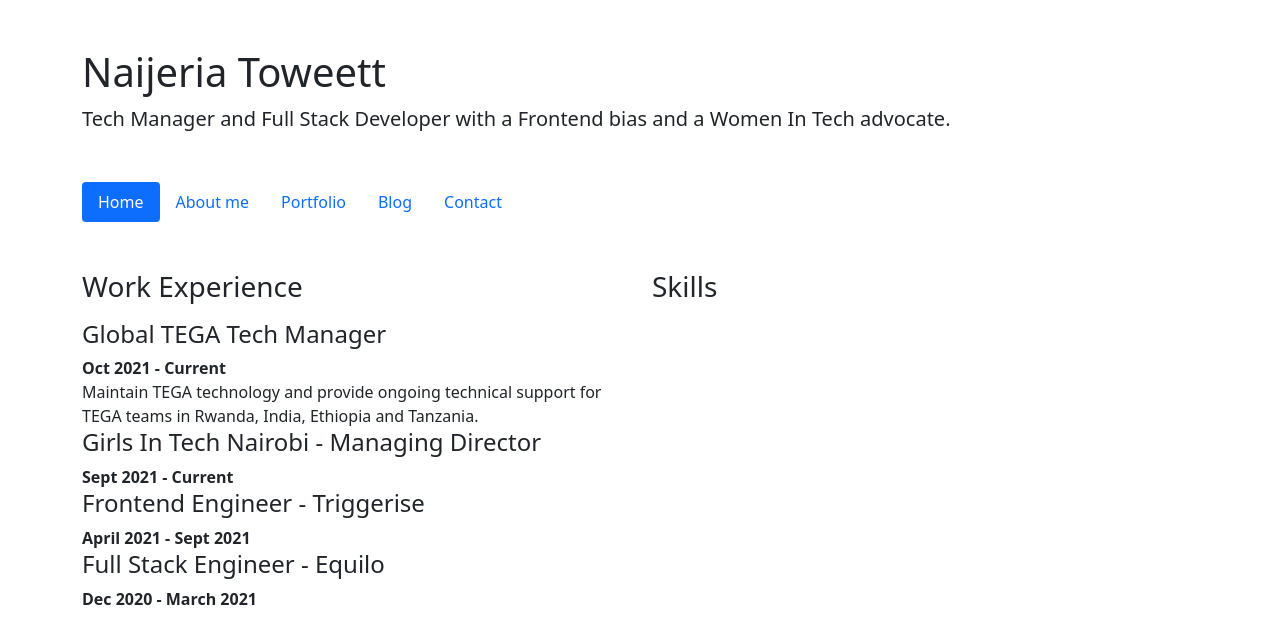
Repository: mamatechafrica/portfolio
Page: index.html
These files come from the project's save history. The page is drawn as it stood at one moment and after a run of saves; the edit follows.
The browser window is 1280 px wide. The pictures show the whole page.

Above is the page before, as saved 2022-01-04 14:09:46.

### index.html
<!doctype html>
<html lang="en">
    <head>
        <!-- Required meta tags -->
        <meta charset="utf-8">
        <meta name="viewport" content="width=device-width, initial-scale=1">

        <!-- Bootstrap CSS -->
        <link href="https://cdn.jsdelivr.net/npm/bootstrap@5.0.2/dist/css/bootstrap.min.css" rel="stylesheet" integrity="sha384-EVSTQN3/azprG1Anm3QDgpJLIm9Nao0Yz1ztcQTwFspd3yD65VohhpuuCOmLASjC" crossorigin="anonymous">

        <title>NashTheCoder portfolio</title>
    </head>
    <body>
        <div class="container my-5">
            <h1>Naijeria Toweett</h1>
            <p class="lead">
                Tech Manager and Full Stack Developer with a Frontend bias and a Women In Tech advocate.
            </p>
        </div>

        <div class="container">
            <nav>
                <ul class="nav nav-pills ">
                    <li class="nav-item">
                        <a class="nav-link active" aria-current="page" href="#">Home</a>
                    </li>
                    <li class="nav-item">
                        <a class="nav-link" href="#">About me</a>
                    </li>
                    <li class="nav-item">
                        <a class="nav-link" href="#">Portfolio</a>
                    </li>
                    <li class="nav-item">
                        <a class="nav-link" href="https://mumlovestech.com/" target="blank">Blog</a>
                    </li>
                    <li class="nav-item">
                        <a class="nav-link" href="#">Contact</a>
                    </li>
                </ul>
            </nav>
        </div>

        <div class="container mt-5">
            <div class="row">
                <div class="col">
                    <h3 class="mb-3">Work Experience</h3>
                    <h4>Global TEGA Tech Manager</h4>
                    <div>
                        <strong>Oct 2021 - Current</strong>
                    </div>
                    Maintain TEGA technology and provide ongoing technical support for TEGA teams in Rwanda, India, Ethiopia and Tanzania.
                    <h4>Girls In Tech Nairobi - Managing Director</h4>
                    <div>
                        <strong>Sept 2021 - Current</strong>
                    </div>
                    <h4>Frontend Engineer - Triggerise</h4>
                    <div>
                        <strong>April 2021 - Sept 2021</strong>
                    </div>
                    <h4>Full Stack Engineer - Equilo</h4>
                    <div>
                        <strong>Dec 2020 - March 2021</strong>
                    </div>
                </div>
                <div class="col">
                    <h3 class="mb-3">Skills</h3>
                </div>
            </div>
        </div>

        <!-- Optional JavaScript; choose one of the two! -->

        <!-- Option 1: Bootstrap Bundle with Popper -->
        <script src="https://cdn.jsdelivr.net/npm/bootstrap@5.0.2/dist/js/bootstrap.bundle.min.js" integrity="sha384-MrcW6ZMFYlzcLA8Nl+NtUVF0sA7MsXsP1UyJoMp4YLEuNSfAP+JcXn/tWtIaxVXM" crossorigin="anonymous"></script>

        <!-- Option 2: Separate Popper and Bootstrap JS -->
        <!--
        <script src="https://cdn.jsdelivr.net/npm/@popperjs/core@2.9.2/dist/umd/popper.min.js" integrity="sha384-IQsoLXl5PILFhosVNubq5LC7Qb9DXgDA9i+tQ8Zj3iwWAwPtgFTxbJ8NT4GN1R8p" crossorigin="anonymous"></script>
        <script src="https://cdn.jsdelivr.net/npm/bootstrap@5.0.2/dist/js/bootstrap.min.js" integrity="sha384-cVKIPhGWiC2Al4u+LWgxfKTRIcfu0JTxR+EQDz/bgldoEyl4H0zUF0QKbrJ0EcQF" crossorigin="anonymous"></script>
        -->
    </body>
</html>

After the next 3 saves:
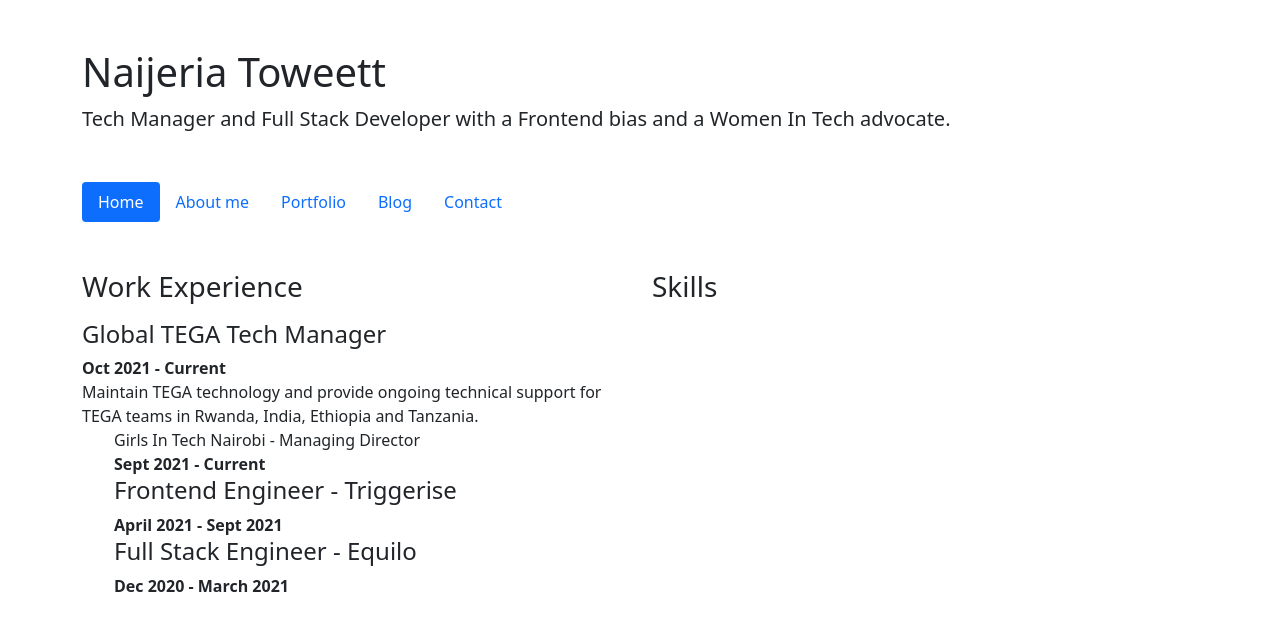
The 3 saves are shown as one change because they came seconds apart.
The last was saved 55 s later.
--- a/index.html
+++ b/index.html
@@ -49,6 +49,7 @@
                         <strong>Oct 2021 - Current</strong>
                     </div>
                     Maintain TEGA technology and provide ongoing technical support for TEGA teams in Rwanda, India, Ethiopia and Tanzania.
+                    <ul
                     <h4>Girls In Tech Nairobi - Managing Director</h4>
                     <div>
                         <strong>Sept 2021 - Current</strong>
